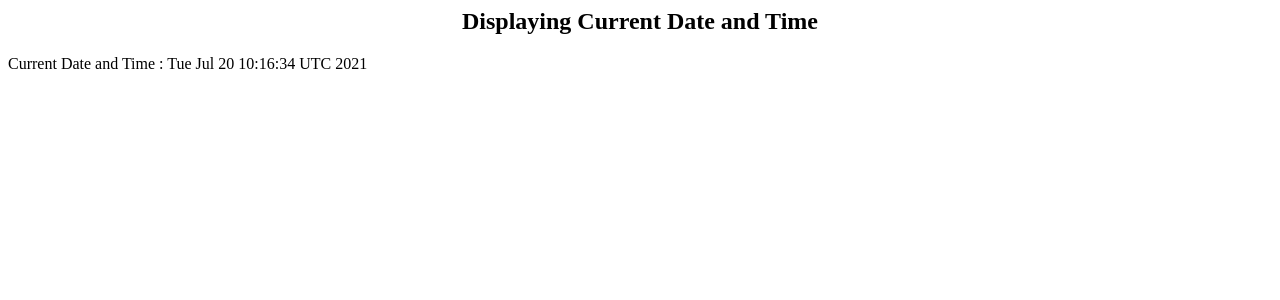
Repository: SHANMUGAPRIYAP98/SpringBootApp
Page: http://localhost/DateTime/
An editor plug-in stored every save of this project. The page is shown before and after the next save, followed by the edit.
The browser window is 1280 px wide. The pictures show the whole page.
The page is served by Tomcat 9.

Above is the page before, as saved 2021-07-22 08:00:42.

After the next save:
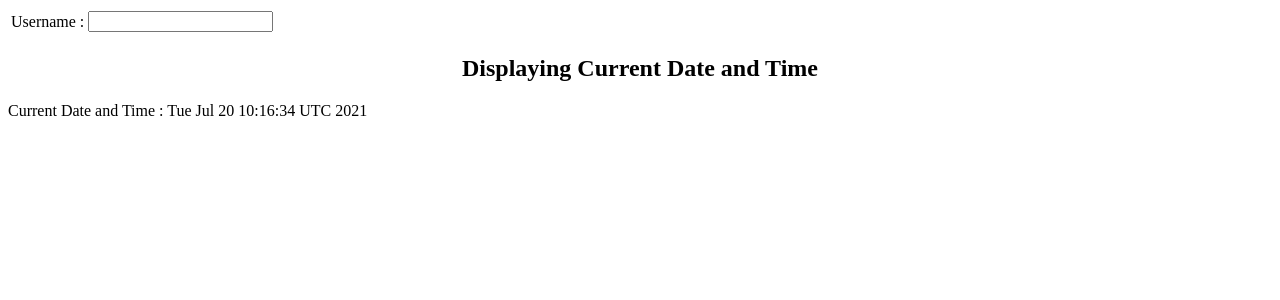
Saved 57 s later.
--- a/DateTime/src/main/webapp/index.jsp
+++ b/DateTime/src/main/webapp/index.jsp
@@ -4,6 +4,9 @@
 </head>
 <body>
 <form>
+<table>
+<tr><td>Username : </td><td><input type="text" id="uname" /></td></tr>
+</table>
 </form>
 <h2><center>Displaying Current Date and Time</center></h2>
 <%
